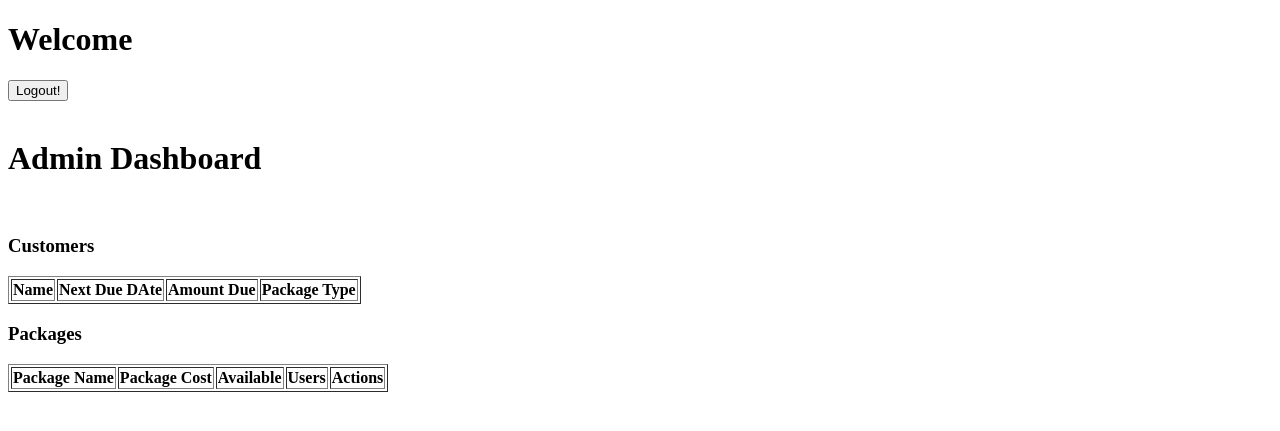
Repository: jshin07/Java
Page: http://localhost/javabelt1/WEB-INF/admin.jsp
The author's editor kept a copy of each file at every save. The page is drawn from the files as they stood at one save, then again after the next save.
The browser window is 1280 px wide. The pictures show the whole page.
The page is served by Tomcat 9. Nobody is signed in. The template is opened directly, without the code that normally fills it, so the values that code supplies are empty.

Above is the page before, as saved 2017-07-27 15:54:43.

After the next save:
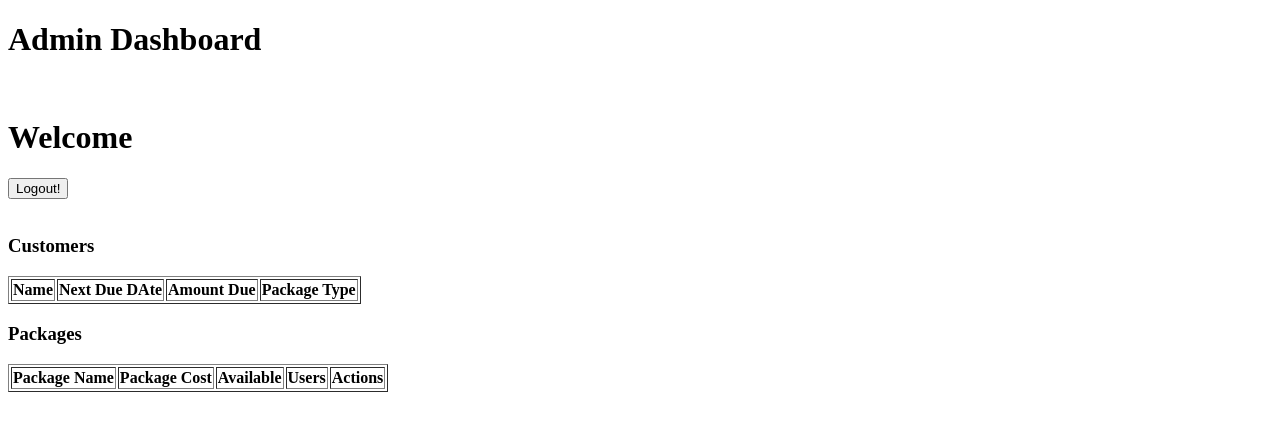
Saved 17 s later.
--- a/SpringTool/javabelt1/src/main/webapp/WEB-INF/admin.jsp
+++ b/SpringTool/javabelt1/src/main/webapp/WEB-INF/admin.jsp
@@ -9,13 +9,14 @@
 <title>Admin Dashboard</title>
 </head>
 <body>
+<h1>Admin Dashboard</h1><br>
 	<h1>Welcome <c:out value="${currentUser.firstName}"></c:out></h1>
 
 	  <form id="logoutForm" method="POST" action="/logout">
         <input type="hidden" name="${_csrf.parameterName}" value="${_csrf.token}"/>
         <input type="submit" value="Logout!" />
     </form>	<br>
-    <h1>Admin Dashboard</h1><br>
+
 
     <h3>Customers</h3>
     <table border="1">
